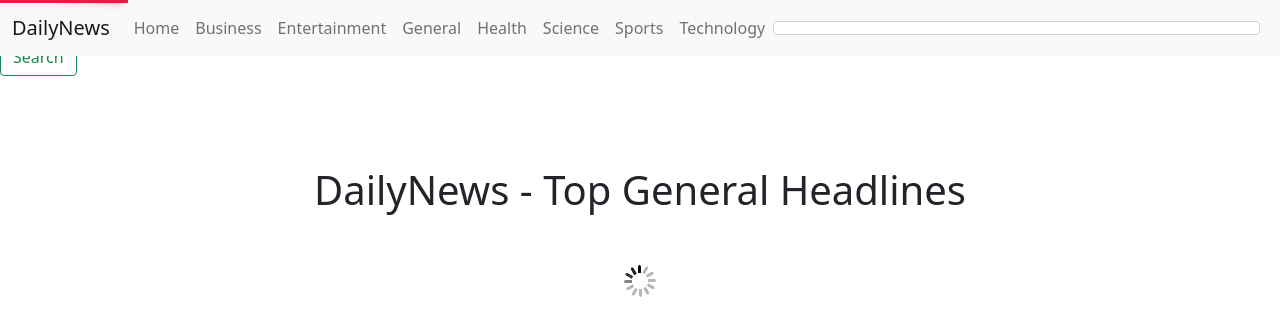
Repository: Bikki084/Daily_News
Page: /
These files come from the project's save history. The page is drawn as it stood at one moment and after the next save; the edit follows.
The browser window is 1280 px wide. The pictures show the whole page.
The page's requests for data from a server got no answer. The project was rebuilt for these pictures with package versions that can differ from the ones it lists, and the page was loaded fresh each time. No one was signed in, and anything a server would have sent is missing. Also part of the build but not shown: src/App.css, src/components/NewsItem.js.

Above is the page before, as saved 2021-12-22 01:47:30.

### public/index.html
<!DOCTYPE html>
<html lang="en">
  <head>
    <meta charset="utf-8" />
    <link rel="icon" href="%PUBLIC_URL%/favicon.ico" />
    <meta name="viewport" content="width=device-width, initial-scale=1" />
    <meta name="theme-color" content="#000000" />
    <meta
      name="description"
      content="DailyNews is a news app which can be used to grab quick daily news bites. If you are interested in news, weather, politics and sports news, newsmonkey is for you!"
    />
    <link rel="apple-touch-icon" href="%PUBLIC_URL%/logo192.png" />
    <!--
      manifest.json provides metadata used when your web app is installed on a
      user's mobile device or desktop. See https://developers.google.com/web/fundamentals/web-app-manifest/
    -->
    <link rel="manifest" href="%PUBLIC_URL%/manifest.json" />
    <link href="https://cdn.jsdelivr.net/npm/bootstrap@5.1.0/dist/css/bootstrap.min.css" rel="stylesheet" integrity="sha384-KyZXEAg3QhqLMpG8r+8fhAXLRk2vvoC2f3B09zVXn8CA5QIVfZOJ3BCsw2P0p/We" crossorigin="anonymous">
    <!--
      Notice the use of %PUBLIC_URL% in the tags above.
      It will be replaced with the URL of the `public` folder during the build.
      Only files inside the `public` folder can be referenced from the HTML.

      Unlike "/favicon.ico" or "favicon.ico", "%PUBLIC_URL%/favicon.ico" will
      work correctly both with client-side routing and a non-root public URL.
      Learn how to configure a non-root public URL by running `npm run build`.
    -->
    <title>DailyNews - Get your daily dose of news for free!</title>
  </head>
  <body>
    <noscript>You need to enable JavaScript to run this app.</noscript>
    <div id="root"></div>
    <!--
      This HTML file is a template.
      If you open it directly in the browser, you will see an empty page.

      You can add webfonts, meta tags, or analytics to this file.
      The build step will place the bundled scripts into the <body> tag.

      To begin the development, run `npm start` or `yarn start`.
      To create a production bundle, use `npm run build` or `yarn build`.
    -->
    <script src="https://cdn.jsdelivr.net/npm/@popperjs/core@2.9.3/dist/umd/popper.min.js" integrity="sha384-eMNCOe7tC1doHpGoWe/6oMVemdAVTMs2xqW4mwXrXsW0L84Iytr2wi5v2QjrP/xp" crossorigin="anonymous"></script>
    <script src="https://cdn.jsdelivr.net/npm/bootstrap@5.1.0/dist/js/bootstrap.min.js" integrity="sha384-cn7l7gDp0eyniUwwAZgrzD06kc/tftFf19TOAs2zVinnD/C7E91j9yyk5//jjpt/" crossorigin="anonymous"></script>
  </body>
</html>

### src/App.js
import './App.css';
import Search from './components/Search';
import React, { useState } from 'react'
import NavBar from './components/NavBar';
import News from './components/News';
import {BrowserRouter as Router, Switch, Route} from "react-router-dom";
import LoadingBar from 'react-top-loading-bar'

const App = ()=> {
  const pageSize = 5;
  const apiKey = process.env.REACT_APP_NEWS_API

  const [progress, setProgress] = useState(0)

    return (
      <div>
        <Router>
        <NavBar/>
        <Search/>
        <LoadingBar
        height={3}
        color='#f11946'
        progress={progress}
      />
        <Switch>
          <Route exact path="/"><News setProgress={setProgress} apiKey={apiKey} key="general" pageSize={pageSize} country="in" category="general"/></Route>
          <Route exact path="/business"><News setProgress={setProgress} apiKey={apiKey} key="business" pageSize={pageSize} country="in" category="business"/></Route>
          <Route exact path="/entertainment"><News setProgress={setProgress} apiKey={apiKey} key="entertainment" pageSize={pageSize} country="in" category="entertainment"/></Route>
          <Route exact path="/general"><News setProgress={setProgress} apiKey={apiKey} key="general" pageSize={pageSize} country="in" category="general"/></Route>
          <Route exact path="/health"><News setProgress={setProgress} apiKey={apiKey} key="health" pageSize={pageSize} country="in" category="health"/></Route>
          <Route exact path="/science"><News setProgress={setProgress} apiKey={apiKey} key="science" pageSize={pageSize} country="in" category="science"/></Route>
          <Route exact path="/sports"><News setProgress={setProgress} apiKey={apiKey} key="sports" pageSize={pageSize} country="in" category="sports"/></Route>
          <Route exact path="/technology"><News setProgress={setProgress} apiKey={apiKey} key="technology" pageSize={pageSize} country="in" category="technology"/></Route>
        <Search/>
        </Switch>
        </Router>
      </div>
    )

}

export default App;

### src/components/Search.js
import React from 'react'

const Search = () => {
    return (
        <div>

                <input class="form-control me-2" type="search" placeholder="Search" aria-label="Search" />
                <button class="btn btn-outline-success" type="submit">Search</button>

        </div>
    )
}

export default Search;

### src/components/NavBar.js
import React from 'react'
import { Link } from "react-router-dom";

const NavBar = () => {

    return (
        <div>
            <nav className="navbar fixed-top navbar-expand-lg navbar-light bg-light">
                <div className="container-fluid">
                    <Link className="navbar-brand" to="/">DailyNews</Link>
                    <button className="navbar-toggler" type="button" data-bs-toggle="collapse" data-bs-target="#navbarSupportedContent" aria-controls="navbarSupportedContent" aria-expanded="false" aria-label="Toggle navigation">
                        <span className="navbar-toggler-icon"></span>
                    </button>
                    <div className="collapse navbar-collapse" id="navbarSupportedContent">
                        <ul className="navbar-nav me-auto mb-2 mb-lg-0">
                            <li className="nav-item">
                                <Link className="nav-link" aria-current="page" to="/">Home</Link>
                            </li>
                            <li className="nav-item"><Link className="nav-link" to="/business">Business</Link></li>
                            <li className="nav-item"><Link className="nav-link" to="/entertainment">Entertainment</Link></li>
                            <li className="nav-item"><Link className="nav-link" to="/general">General</Link></li>
                            <li className="nav-item"><Link className="nav-link" to="/health">Health</Link></li>
                            <li className="nav-item"><Link className="nav-link" to="/science">Science</Link></li>
                            <li className="nav-item"><Link className="nav-link" to="/sports">Sports</Link></li>
                            <li className="nav-item"><Link className="nav-link" to="/technology">Technology</Link></li>
                        </ul>
                        <form class="d-flex form-control me-2" method="get" action="/Search"/>

                    </div>
                </div>
            </nav>
        </div>
    )

}

export default NavBar

### src/components/News.js
import React, {useEffect, useState} from 'react'

import NewsItem from './NewsItem'
import Spinner from './Spinner';
import PropTypes from 'prop-types'
import InfiniteScroll from "react-infinite-scroll-component";

const News = (props)=>{
    const [articles, setArticles] = useState([])
    const [loading, setLoading] = useState(true)
    const [page, setPage] = useState(1)
    const [totalResults, setTotalResults] = useState(0)

    const capitalizeFirstLetter = (string) => {
        return string.charAt(0).toUpperCase() + string.slice(1);
    }

    const updateNews = async ()=> {
        props.setProgress(10);
        const url = `https://newsapi.org/v2/top-headlines?country=${props.country}&category=${props.category}&apiKey=${props.apiKey}&page=${page}&pageSize=${props.pageSize}`;
        setLoading(true)
        let data = await fetch(url);
        props.setProgress(30);
        let parsedData = await data.json()
        props.setProgress(70);
        setArticles(parsedData.articles)
        setTotalResults(parsedData.totalResults)
        setLoading(false)
        props.setProgress(100);
    }

    useEffect(() => {
        document.title = `${capitalizeFirstLetter(props.category)} - DailyNews`;
        updateNews();
        // eslint-disable-next-line
    }, [])


    const fetchMoreData = async () => {
        const url = `https://newsapi.org/v2/top-headlines?country=${props.country}&category=${props.category}&apiKey=${props.apiKey}&page=${page+1}&pageSize=${props.pageSize}`;
        setPage(page+1)
        let data = await fetch(url);
        let parsedData = await data.json()
        setArticles(articles.concat(parsedData.articles))
        setTotalResults(parsedData.totalResults)
      };

        return (
            <>
                <h1 className="text-center" style={{ margin: '35px 0px', marginTop: '90px' }}>DailyNews - Top {capitalizeFirstLetter(props.category)} Headlines</h1>
                {loading && <Spinner />}
                <InfiniteScroll
                    dataLength={articles.length}
                    next={fetchMoreData}
                    hasMore={articles.length !== totalResults}
                    loader={<Spinner/>}>
                    <div className="container">

                    <div className="row">
                        {articles.map((element) => {
                            return <div className="col-md-4" key={element.url}>
                                <NewsItem title={element.title ? element.title : ""} description={element.description ? element.description : ""} imageUrl={element.urlToImage} newsUrl={element.url} author={element.author} date={element.publishedAt} source={element.source.name} />
                            </div>
                        })}
                    </div>
                    </div>
                </InfiniteScroll>
            </>
        )

}


News.defaultProps = {
    country: 'in',
    pageSize: 8,
    category: 'general',
}

News.propTypes = {
    country: PropTypes.string,
    pageSize: PropTypes.number,
    category: PropTypes.string,
}

export default News

Loaded but not shown: src/index.js (common file); src/reportWebVitals.js (common file); src/components/Spinner.js (common file); src/index.css (no stored copy; drawn as an empty file)

After the next save:
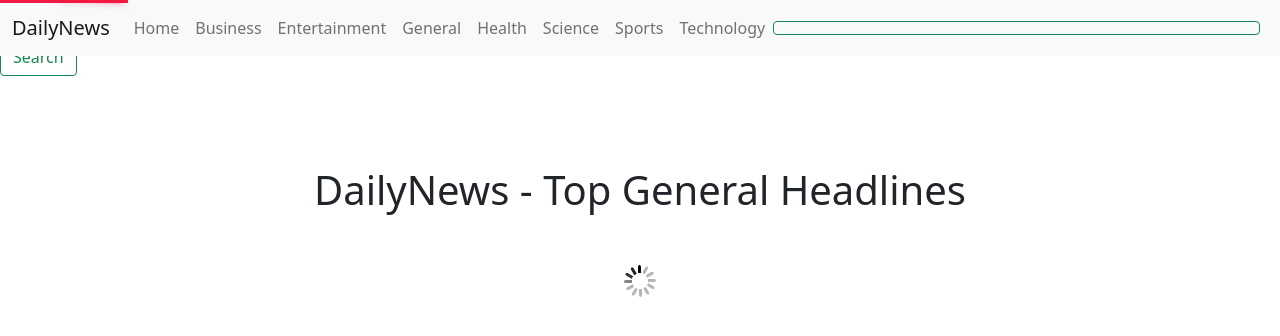
Saved 21 s later.
--- a/src/components/NavBar.js
+++ b/src/components/NavBar.js
@@ -24,7 +24,7 @@ const NavBar = () => {
                             <li className="nav-item"><Link className="nav-link" to="/sports">Sports</Link></li>
                             <li className="nav-item"><Link className="nav-link" to="/technology">Technology</Link></li>
                         </ul>
-                        <form class="d-flex form-control me-2" method="get" action="/Search"/>
+                        <form class="d-flex form-control me-2 btn btn-outline-success" method="get" action="/Search"/>
 
                     </div>
                 </div>
